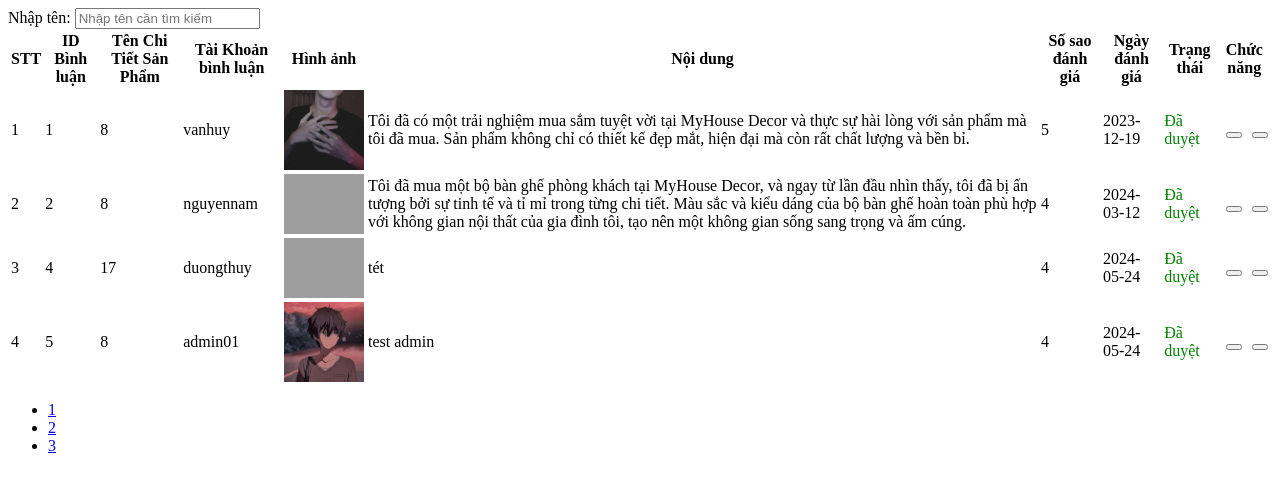
Repository: anhtu2110/TestCNPM
Page: http://localhost/MyHouseDecor/Admin/View/Admin_CommentView.php?page=1
An editor plug-in stored every save of this project. The page is shown before and after the next save, followed by the edit.
The browser window is 1280 px wide. The pictures show the whole page.
Pictures or frames that could not be fetched are drawn as grey boxes. The page is run by PHP 8.4 with error messages shown; the project is at /var/www/html/. The database holds what the project's SQL file puts in it.

Above is the page before, as saved 2024-07-09 22:10:09.

### Admin/View/Admin_CommentView.php
<?php require_once $_SERVER['DOCUMENT_ROOT'] . '/MyHouseDecor/Admin/Controller/Admin_CommentController.php';
$limit = 4;
$offset = isset($_GET['page']) ? ($_GET['page'] - 1) * $limit : 0;
$controller = new Admin_CommentController();
$result = $controller->showComment($limit, $offset);
$count = 1;

?>

<div class="row d-flex mb-3">
    <div class="col-6 mx-auto">
        <label for="input" class="form-label">Nhập tên:</label>
        <input type="search" class="form-control" id="email" placeholder="Nhập tên cần tìm kiếm" name="search">
    </div>
</div>
<table class="mx-auto table table-bordered">
    <tr>
        <th class="table-primary text-center">STT</th>
        <th class="table-primary text-center">ID Bình luận</th>
        <th class="table-primary text-center">Tên Chi Tiết Sản Phẩm</th>
        <th class="table-primary text-center">Tài Khoản bình luận</th>
        <th class="table-primary text-center">Hình ảnh</th>
        <th class="table-primary text-center">Nội dung</th>
        <th class="table-primary text-center">Số sao đánh giá</th>
        <th class="table-primary text-center">Ngày đánh giá</th>
        <th class="table-primary text-center">Trạng thái</th>
        <th class="table-primary text-center">Chức năng</th>
    </tr>
    <?php foreach ($result as $items) :
        switch ($items['Status']) {
            case 1:
                $status = '<p class="m-0" style="color: green;">Đã duyệt</p>';
                break;
            case 0:
                $status = '<p class="m-0" style="color: goldenrod;">Chưa duyệt</p>';
                break;
        }
    ?>
    <tr>
        <td><?php echo $count; ?></td>
        <td><?php echo $items['CmtID']; ?></td>
        <td><?php echo $items['DetailsID']; ?></td>
        <td><?php echo $items['UserName']; ?></td>
        <td><img src="<?php echo '../' . $items['Image']; ?>" style="max-width: 80px;max-height: 80px;" alt=""></td>
        <td><?php echo $items['Content']; ?></td>
        <td><?php echo $items['Star']; ?></td>
        <td><?php echo $items['Date']; ?></td>
        <td><?php echo $status; ?></td>
        <td>
            <div class="chucnang d-flex">
                <div class="btn_update mx-auto">
                    <button type="button" class="btn btn-success btn-sm confirm_comment"
                        style="margin-left: 6px;margin-top:5px;" data-update-id="<?php echo $items['CmtID']; ?>"
                        data-bs-toggle="tooltip" title="Duyệt!">
                        <i class="fa-solid fa-check"></i></button>
                    <button type="button" data-delete-id='<?php echo $items['CmtID']; ?>' id='delete_comment'
                        class="btn btn-danger btn-sm" style="margin-left: 6px;margin-top:5px;" data-bs-toggle="tooltip"
                        title="Xóa!" style="margin-left: 6px;"><i class="fa-solid fa-xmark"></i></button>
                </div>
            </div>
        </td>
    </tr>
    <?php
        $count++;
    endforeach; ?>
</table>
<ul class="pagination justify-content-end">
    <?php
    $counts = $controller->getCount();
    $count = $counts->fetch_assoc();
    $total = $count['total'];
    for ($i = 1; $i <= ceil($total / $limit); $i++) {
        echo '<li class="page-item"><a class="page-link" href="?page=' . $i . '">' . $i . '</a></li>';
    }
    ?>
</ul>
<script>
document.querySelectorAll('#delete_comment').forEach(btn => {
    btn.addEventListener('click', (e) => {
        e.preventDefault();
        let id = btn.getAttribute('data-delete-id');
        swal.fire({
            title: 'Bạn có chắc chắn muốn xóa không?',
            text: 'Dữ liệu sẽ không thể khôi phục lại!',
            icon: 'warning',
            showCancelButton: true,
            confirmButtonColor: '#3085d6',
            cancelButtonColor: '#d33',
            confirmButtonText: 'Có',
            cancelButtonText: 'Không'
        }).then((result) => {
            if (result.isConfirmed) {
                let formData = new FormData();
                formData.append('id', id);
                let xhr = new XMLHttpRequest();
                xhr.open('POST', './Controller/Delete_CommentController.php');
                xhr.onload = () => {
                    if (xhr.status == 200) {
                        let result = xhr.responseText;
                        if (result == 'true') {
                            swal.fire({
                                title: 'Xóa thành công!',
                                text: 'Dữ liệu đã được xóa!',
                                icon: 'success',
                                showConfirmButton: false,
                                timer: 1500
                            }).then(() => {
                                location.reload();
                            });

                        } else {
                            swal.fire({
                                title: 'Xóa thất bại!',
                                icon: 'error',
                                showConfirmButton: false,
                                timer: 1500
                            });
                        }
                    }
                }
                xhr.send(formData);
            }
        });
    });
});
document.querySelectorAll('.confirm_comment').forEach(button => {
    button.addEventListener('click', (e) => {
        e.preventDefault();
        let idbtn = button.getAttribute('data-update-id');
        let formDatas = new FormData();
        formDatas.append('id', idbtn);
        let xhrs = new XMLHttpRequest();
        xhrs.open('POST', './Controller/Update_CommentController.php');
        xhrs.onload = () => {
            if (xhrs.status == 200) {
                let results = xhrs.responseText;
                if (results == 'true') {
                    swal.fire({
                        title: 'Duyệt thành công!',
                        text: 'Dữ liệu đã được duyệt!',
                        icon: 'success',
                        showConfirmButton: false,
                        timer: 1500
                    }).then(() => {
                        location.reload();
                    });

                } else {
                    swal.fire({
                        title: 'Duyệt thất bại!',
                        icon: 'error',
                        showConfirmButton: false,
                        timer: 1500
                    });
                }
            }
        }
        xhrs.send(formDatas);
    });
});
</script>

### Admin/Controller/Admin_CommentController.php
<?php
    require_once $_SERVER['DOCUMENT_ROOT'].'/MyHouseDecor/Admin/Model/Admin_CommentModel.php';
    class Admin_CommentController{
        private $model = null;

        public function __construct(){
            $this->model = new Admin_CommentModel();
        }

        public function showComment($limit,$offset){
            $result = $this->model->showComment($limit,$offset);
            return $result;
        }
        public function getCount(){
            $result = $this->model->getCount();
            return $result;
        }
        public function getNameProduct($id) {
            $result = $this->model->getNameProduct($id);
            return $result;
        }
    }
?>

### Admin/Model/Admin_CommentModel.php
<?php
    require_once $_SERVER['DOCUMENT_ROOT'].'/MyHouseDecor/Admin/Connect/connectDatabase.php';
    class Admin_CommentModel{
       private $db = null;

       public function __construct(){
           $this->db = (new Database())->getConnection();
       }

       public function showComment($limit,$offset){
        $sql = "SELECT * FROM comment LIMIT $limit OFFSET $offset";
        $result = $this->db->query($sql);
        return $result;
       }
        public function getCount(){
            $sql = "SELECT COUNT(*) as total FROM comment";
            $result = $this->db->query($sql);
            return $result;
        }
        public function DeleteComment($id){
            $sql = "DELETE FROM comment WHERE CmtID = $id";
            $result = $this->db->query($sql);
            return $result;
        }
        public function UpdateComment($id){
            $sql = "UPDATE comment SET Status = 1 WHERE CmtID = $id";
            $result = $this->db->query($sql);
            return $result;
        }
        public function getNameProduct($id) {
            // $query = "SELECT Title FROM products WHERE ProductID = $id";
            // $result = $this->db->query($query);
            // return $result;
            $sql = "SELECT Title FROM products WHERE ProductID = ?";
            $stmt = $this->db->prepare($sql);
            $stmt->bind_param("i", $id);
            $stmt->execute();
            $result = $stmt->get_result();
            $product = $result->fetch_assoc();
            $stmt->close();
            return $product['Title'];
        }
    }
?>

### Admin/Connect/connectDatabase.php
<?php
    class Database{
        private $localhost = 'localhost';
        private $username = 'root';
        private $password = '';
        private $db = 'dacn';
        private $conn = null;

        public function __construct()
        {
            $this->conn = new mysqli($this->localhost,$this->username,$this->password,$this->db);
            if($this->conn->connect_error){
                die('Loi kn'.$this->conn->connect_error);
            }else{
                $this->conn->set_charset('utf8');
            }
        }

        public function getConnection(){
            return $this->conn;
        }
    }
?>

### Database/dacn.sql (the tables this page reads)
CREATE TABLE `comment` (
  `CmtID` int NOT NULL,
  `DetailsID` int NOT NULL,
  `UserName` varchar(30) NOT NULL,
  `Image` varchar(255) NOT NULL,
  `Content` text NOT NULL,
  `Star` int NOT NULL,
  `Date` date DEFAULT NULL,
  `Status` int NOT NULL
) ENGINE=InnoDB DEFAULT CHARSET=utf8mb4 COLLATE=utf8mb4_general_ci;

INSERT INTO `comment` (`CmtID`, `DetailsID`, `UserName`, `Image`, `Content`, `Star`, `Date`, `Status`) VALUES
(1, 8, 'vanhuy', 'img/cmt-7.jpg', 'Tôi đã có một trải nghiệm mua sắm tuyệt vời tại MyHouse Decor và thực sự hài lòng với sản phẩm mà tôi đã mua. Sản phẩm không chỉ có thiết kế đẹp mắt, hiện đại mà còn rất chất lượng và bền bỉ.', 5, '2023-12-19', 1),
(2, 8, 'nguyennam', 'img/cmt-10.jpg', 'Tôi đã mua một bộ bàn ghế phòng khách tại MyHouse Decor, và ngay từ lần đầu nhìn thấy, tôi đã bị ấn tượng bởi sự tinh tế và tỉ mỉ trong từng chi tiết. Màu sắc và kiểu dáng của bộ bàn ghế hoàn toàn phù hợp với không gian nội thất của gia đình tôi, tạo nên một không gian sống sang trọng và ấm cúng.', 4, '2024-03-12', 1),
(4, 17, 'duongthuy', 'img/avt_trang.jpg', 'tét', 4, '2024-05-24', 1),
(5, 8, 'admin01', 'img/cmt-9.jpg', 'test admin', 4, '2024-05-24', 1),
(6, 2, 'nam123', 'img/avt_trang.jpg', 'tôi khá hài lòng với sản phẩm này\r\n', 4, '2024-05-24', 1),
(7, 2, 'admin01', 'img/cmt-9.jpg', 'test admin', 3, '2024-05-24', 1),
(8, 6, 'nam123', 'img/avt_trang.jpg', 'tôi thấy yêu thích sản phẩm này, tôi sẽ bảo người thân vào tiếp tục ủng hộ nữa!', 5, '2024-06-02', 1),
(9, 18, 'nam123', 'img/avt_trang.jpg', '“Bộ bình hoa cắm hoa này thực sự là một tuyệt tác. Thiết kế tinh xảo, chất liệu cao cấp và màu sắc rất đẹp. Tôi đã nhận được nhiều lời khen từ bạn bè và gia đình khi trưng bày bình hoa này trong phòng khách. Rất đáng tiền!”', 5, '2024-06-02', 1),
(10, 18, 'nam123', 'img/avt_trang.jpg', '“Sản phẩm đẹp và chất lượng, tuy nhiên tôi cảm thấy giá hơi cao một chút so với các sản phẩm tương tự trên thị trường. Dù sao thì tôi cũng rất hài lòng với thiết kế và tính thẩm mỹ của bộ bình hoa này. Chỉ mong là sẽ có thêm nhiều chương trình khuyến mãi hơn.”', 4, '2024-06-02', 1),
(11, 18, 'nam123', 'img/avt_trang.jpg', '“Mình không thực sự hài lòng với sản phẩm này. Chất liệu bình hoa không được như mình mong đợi, cảm giác khá mỏng manh và dễ vỡ. Màu sắc cũng không tươi sáng như hình ảnh trên mạng. Hy vọng lần sau sẽ có sự cải thiện về chất lượng.”', 2, '2024-06-02', 1),
(12, 34, 'huy1602', 'img/avt_trang.jpg', 'khá ok', 4, '2024-06-06', 1);

ALTER TABLE `comment`
  ADD PRIMARY KEY (`CmtID`);

ALTER TABLE `comment`
  MODIFY `CmtID` int NOT NULL AUTO_INCREMENT, AUTO_INCREMENT=13;

After the next save:
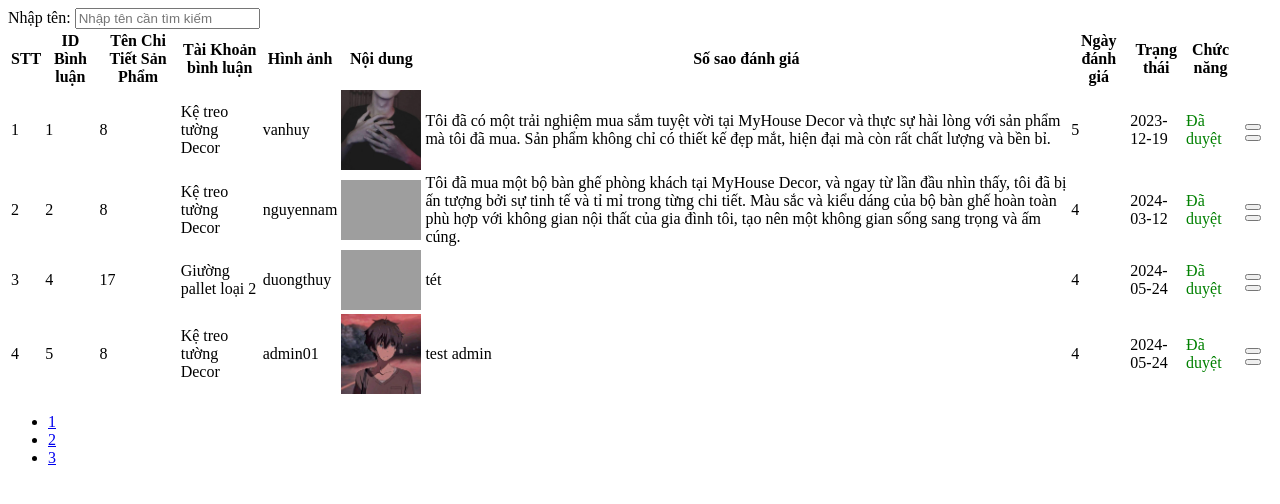
Saved 30 s later.
--- a/Admin/View/Admin_CommentView.php
+++ b/Admin/View/Admin_CommentView.php
@@ -40,6 +40,10 @@ $count = 1;
         <td><?php echo $count; ?></td>
         <td><?php echo $items['CmtID']; ?></td>
         <td><?php echo $items['DetailsID']; ?></td>
+        <td><?php
+                $x = $controller->getNameProduct($items['DetailsID']);
+                print_r($x);
+                ?></td>
         <td><?php echo $items['UserName']; ?></td>
         <td><img src="<?php echo '../' . $items['Image']; ?>" style="max-width: 80px;max-height: 80px;" alt=""></td>
         <td><?php echo $items['Content']; ?></td>
